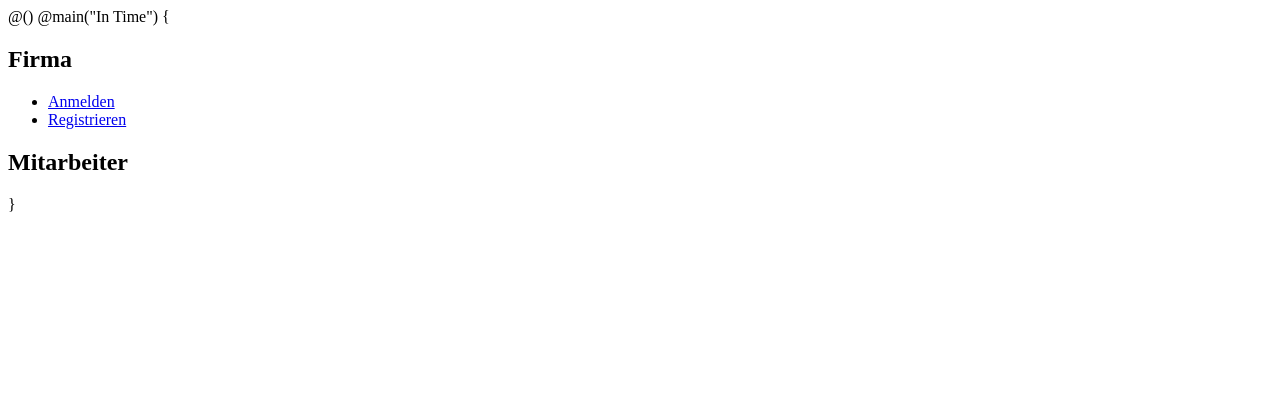
Repository: Avinukas/InTime
Page: intime/app/views/index.scala.html
An editor plug-in stored every save of this project. The page is shown before and after the next save, followed by the edit.
The browser window is 1280 px wide. The pictures show the whole page.

Above is the page before, as saved 2018-05-17 07:13:08.

### intime/app/views/index.scala.html
@() @main("In Time") {
<section class="container">
	<div class="one border">
		<h2>Firma</h2>
		<ul class="nav nav-tabs">
			<li class="active"><a href="#">Anmelden</a></li>
			<li><a href="#">Registrieren</a></li>
		</ul>
	</div>
	<div class="two border">
		<h2>Mitarbeiter</h2>
	</div>
</section>

}

After the next save:
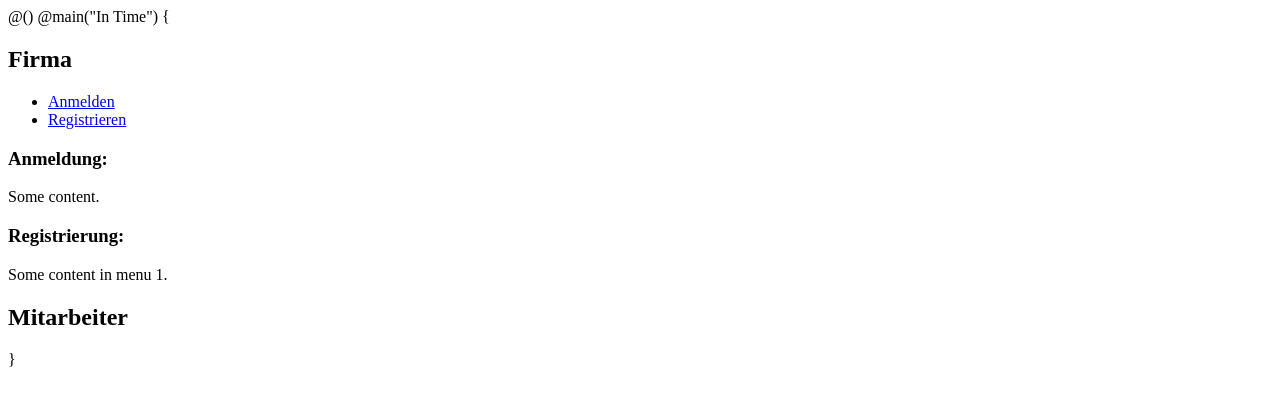
Saved 3 min 20 s later.
--- a/intime/app/views/index.scala.html
+++ b/intime/app/views/index.scala.html
@@ -3,9 +3,20 @@
 	<div class="one border">
 		<h2>Firma</h2>
 		<ul class="nav nav-tabs">
-			<li class="active"><a href="#">Anmelden</a></li>
-			<li><a href="#">Registrieren</a></li>
+			<li class="active"><a data-toggle="tab" href="#firmaAnmelden">Anmelden</a></li>
+			<li><a data-toggle="tab" href="#firmaRegistrieren">Registrieren</a></li>
 		</ul>
+
+		<div class="tab-content">
+			<div id="firmaAnmelden" class="tab-pane fade in active">
+				<h3>Anmeldung:</h3>
+				<p>Some content.</p>
+			</div>
+			<div id="firmaRegistrieren" class="tab-pane fade">
+				<h3>Registrierung:</h3>
+				<p>Some content in menu 1.</p>
+			</div>
+		</div>
 	</div>
 	<div class="two border">
 		<h2>Mitarbeiter</h2>
